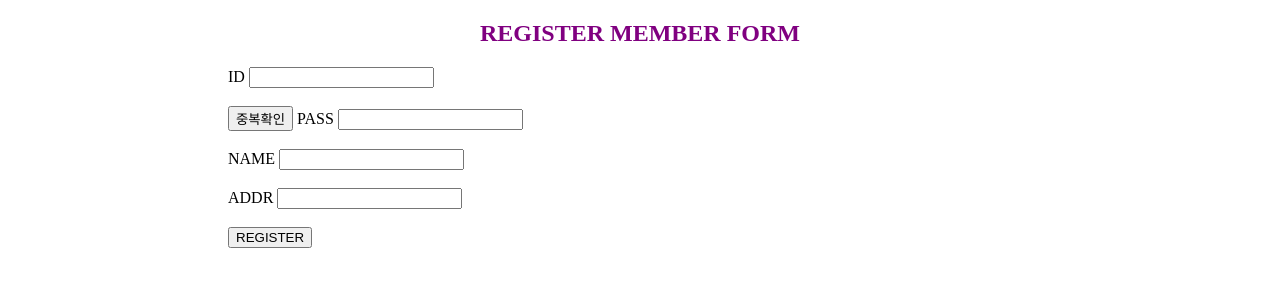
Repository: Niftrone/Kosa_Webs
Page: http://localhost/web16_CafeMember/register.jsp
These files come from the project's save history. The page is drawn as it stood at one moment and after the next save; the edit follows.
The browser window is 1280 px wide. The pictures show the whole page.
The page is served by Tomcat 9.

Above is the page before, as saved 2025-07-07 07:14:02.

After the next save:
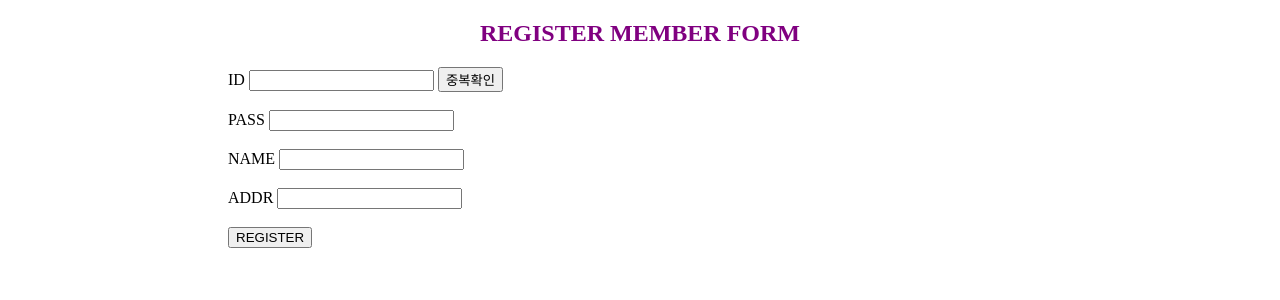
Saved 13 s later.
--- a/web16_CafeMember/src/main/webapp/register.jsp
+++ b/web16_CafeMember/src/main/webapp/register.jsp
@@ -20,8 +20,8 @@
 <div id="wrap">
 	<form action="register.do" method="post">
 
-		ID <input type="text" name="id" required="required"><br><br>
-		<input type="button" value="중복확인" id="idCheck"/>
+		ID <input type="text" name="id" required="required">
+		<input type="button" value="중복확인" id="idCheck"/><br><br>
 		PASS <input type="password" name="password" required="required"><br><br>
 		NAME <input type="text" name="name"><br><br>
 		ADDR <input type="text" name="address"><br><br>
